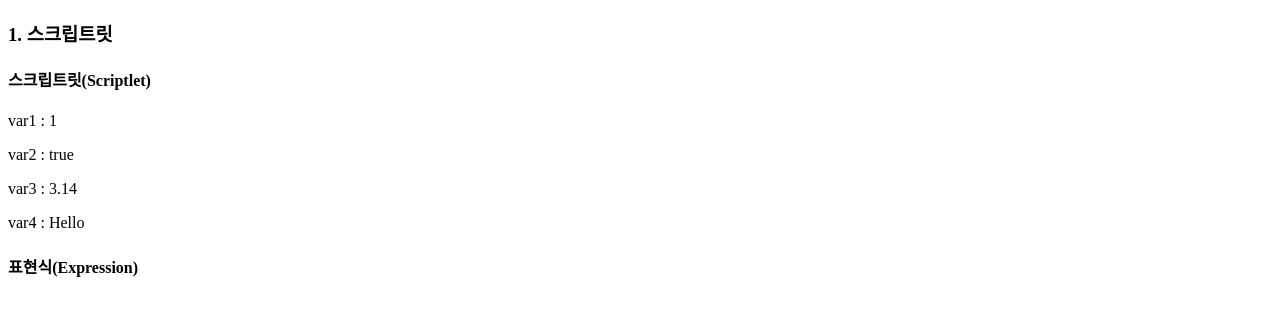
Repository: yun-setenforce/JSP
Page: http://localhost/Ch02/1_Scriptlet.jsp
An editor plug-in stored every save of this project. The page is shown before and after the next save, followed by the edit.
The browser window is 1280 px wide. The pictures show the whole page.
The page is served by Tomcat 9.

Above is the page before, as saved 2023-07-24 01:48:22.

After the next save:
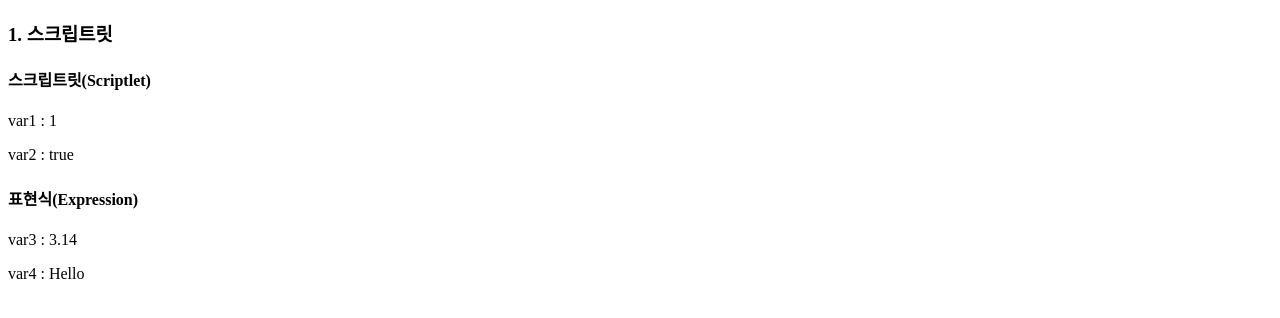
Saved 4 min 47 s later.
--- a/Ch02/src/main/webapp/1_Scriptlet.jsp
+++ b/Ch02/src/main/webapp/1_Scriptlet.jsp
@@ -23,12 +23,11 @@
 
 			out.println("<p>var1 : " + var1 + "</p>");
 			out.println("<p>var2 : " + var2 + "</p>");
-			out.println("<p>var3 : " + var3 + "</p>");
-			out.println("<p>var4 : " + var4 + "</p>");
 		%>
 
 		<h4>표현식(Expression)</h4>
-
+		<p>var3 : <%= var3 %> </p>
+		<p>var4 : <%= var4 %> </p>
 
 	</body>
 </html>
